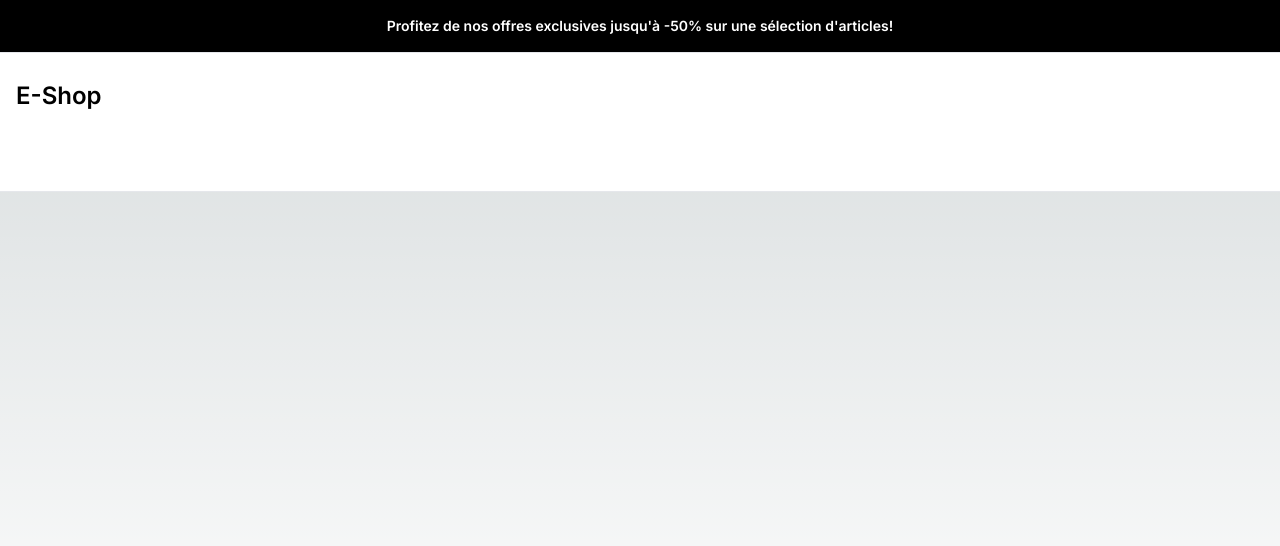
Repository: SDlevelUp/e-shop
Page: /
An editor plug-in stored every save of this project. The page is shown before and after the next save, followed by the edit.
The browser window is 1280 px wide. The pictures show the whole page.
The project was rebuilt for these pictures with package versions that can differ from the ones it lists, and the page was loaded fresh each time. The framework's server and built-in components were replaced by stand-ins that run in the browser. Also part of the build but not shown: next.config.js.

Above is the page before, as saved 2023-08-29 09:18:13.

After the next save:
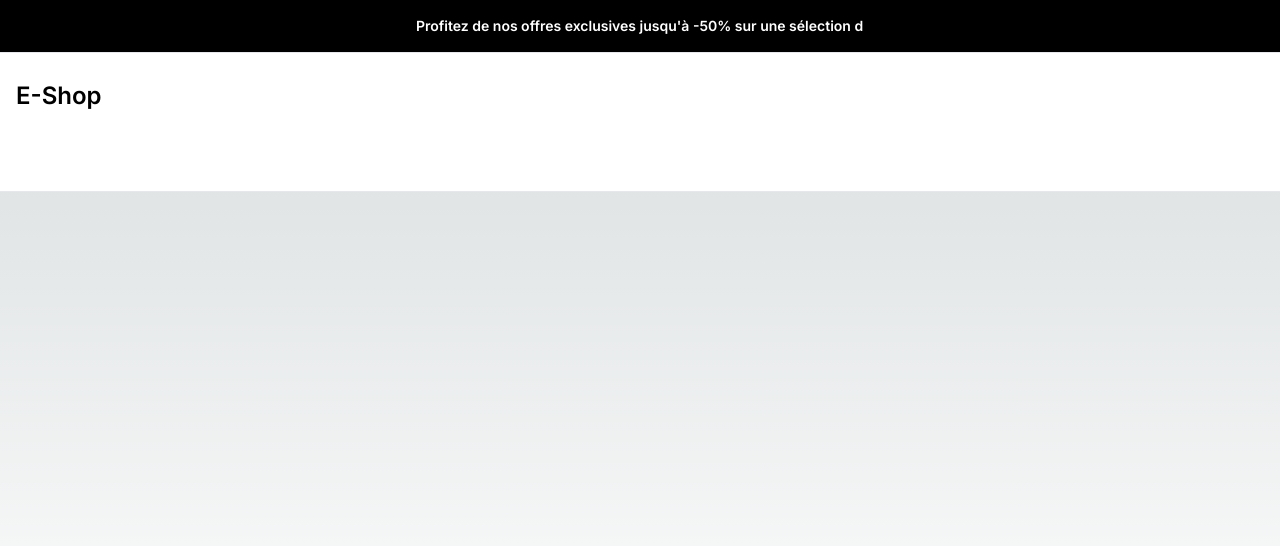
Saved 26 s later.
--- a/src/components/Navbar/Navbar.jsx
+++ b/src/components/Navbar/Navbar.jsx
@@ -7,7 +7,7 @@
                 <header className="bg-black z-50 w-full top-0 left-0 border-b border-gray-200 fixed">
                     <div className="max-w-screen-xl flex flex-wrap items-center justify-center mx-auto p-4">
                         <div className="flex items-center cursor-pointer">
-                            <span className="text-white text-sm font-semibold whitespace-nowrap overflow-hidden max-w-l">
+                            <span className="text-white text-sm font-semibold whitespace-nowrap overflow-hidden max-w-md">
                                 Profitez de nos offres exclusives jusqu'à -50% sur une sélection d'articles!
                             </span>
                         </div>

After the save that followed:
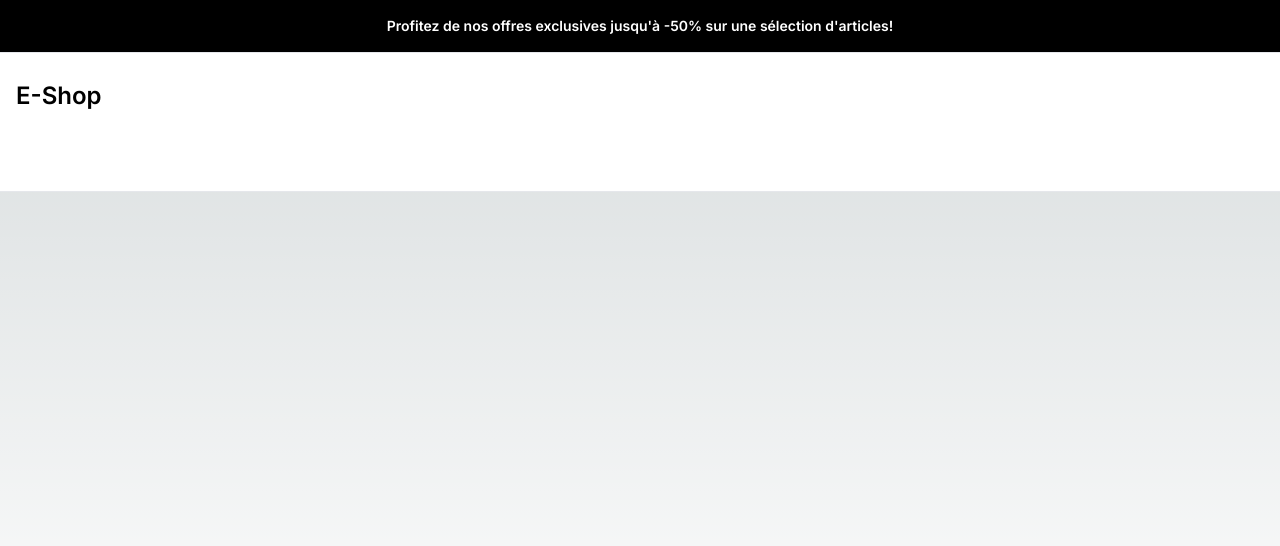
Saved 32 s later.
--- a/src/components/Navbar/Navbar.jsx
+++ b/src/components/Navbar/Navbar.jsx
@@ -7,7 +7,7 @@
                 <header className="bg-black z-50 w-full top-0 left-0 border-b border-gray-200 fixed">
                     <div className="max-w-screen-xl flex flex-wrap items-center justify-center mx-auto p-4">
                         <div className="flex items-center cursor-pointer">
-                            <span className="text-white text-sm font-semibold whitespace-nowrap overflow-hidden max-w-md">
+                            <span className="text-white text-sm font-semibold whitespace-nowrap ">
                                 Profitez de nos offres exclusives jusqu'à -50% sur une sélection d'articles!
                             </span>
                         </div>
